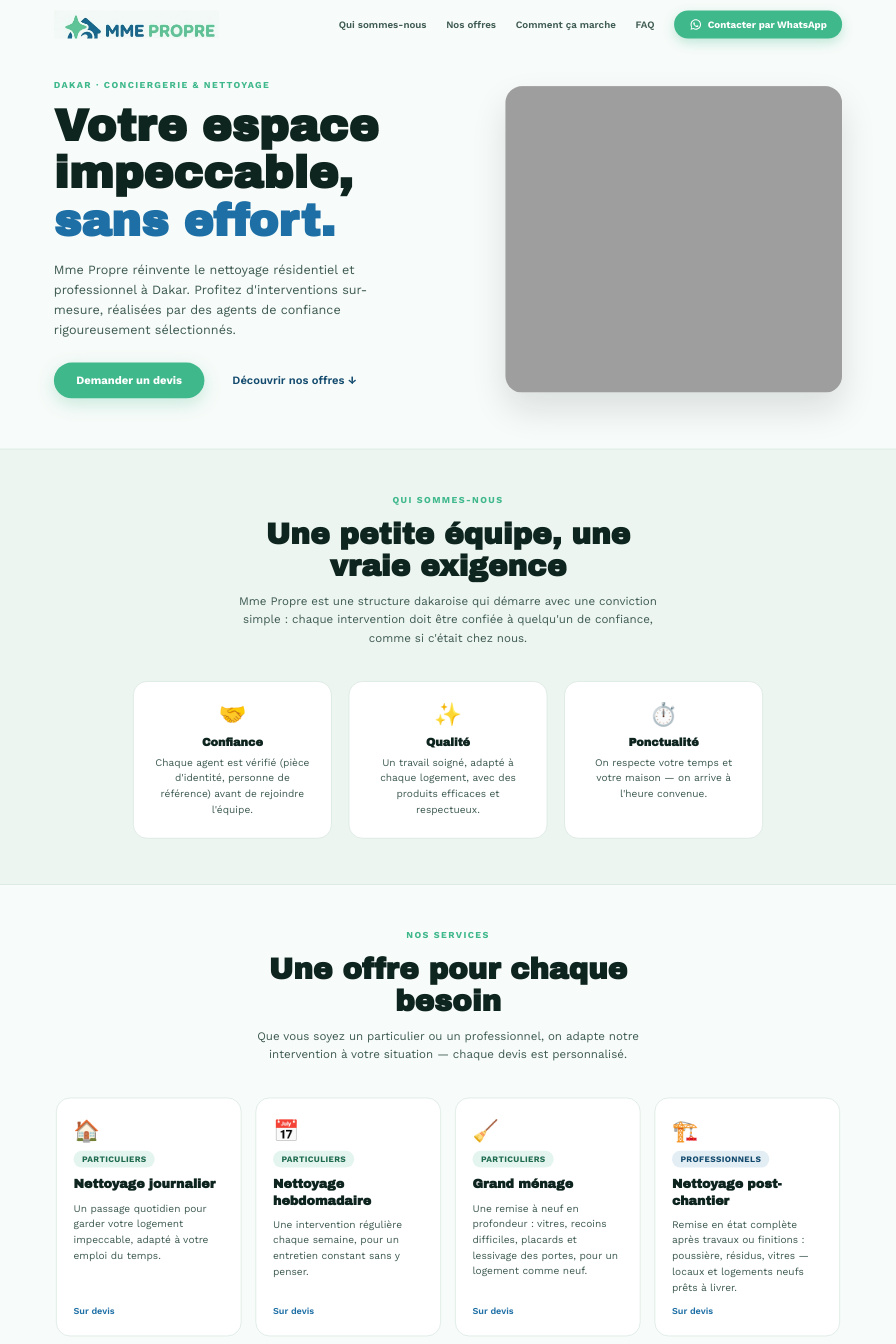
Repository: AntaaaKD/Mme-Propre
Page: index.html
The author's editor kept a copy of each file at every save. The page is drawn from the files as they stood at one save, then again after the next save.
The browser window is 1280 px wide. The pictures show the part of the page from y = 0 to 1920 px (the page is 4385 px tall), at 70% of full size.
Pictures or frames that could not be fetched are drawn as grey boxes.

Above is the page before, as saved 2026-07-29 00:35:25.

After the next save:
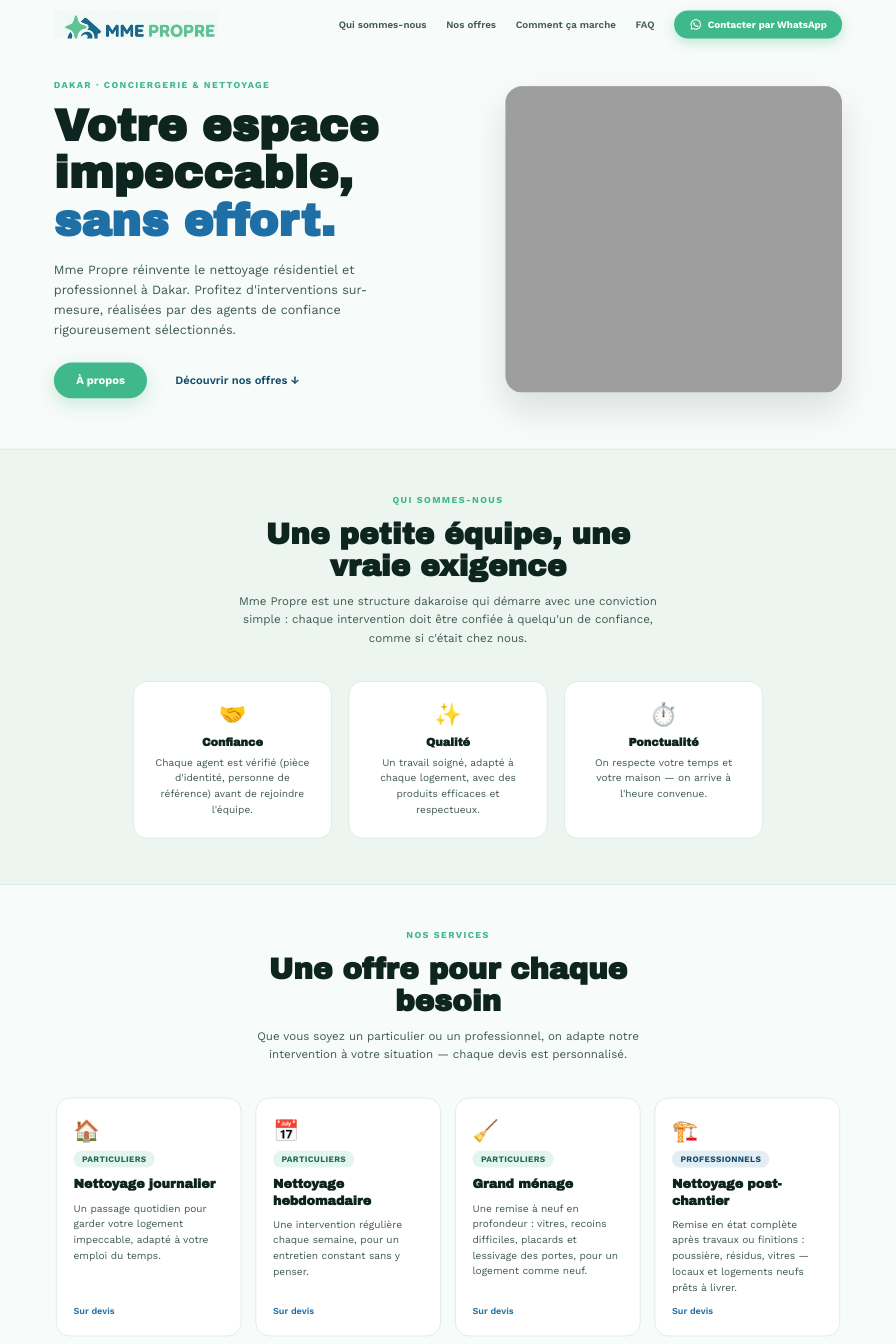
Saved 3 min 28 s later.
--- a/index.html
+++ b/index.html
@@ -223,7 +223,7 @@
       <h1>Votre espace impeccable, <span class="accent">sans effort.</span></h1>
       <p class="lead">Mme Propre réinvente le nettoyage résidentiel et professionnel à Dakar. Profitez d'interventions sur-mesure, réalisées par des agents de confiance rigoureusement sélectionnés.</p>
       <div class="hero-ctas">
-        <a href="#devis" class="btn-primary">Demander un devis</a>
+        <a href="#devis" class="btn-primary">À propos</a>
         <a href="#offres" class="btn-secondary">Découvrir nos offres ↓</a>
       </div>
     </div>

After the save that followed:
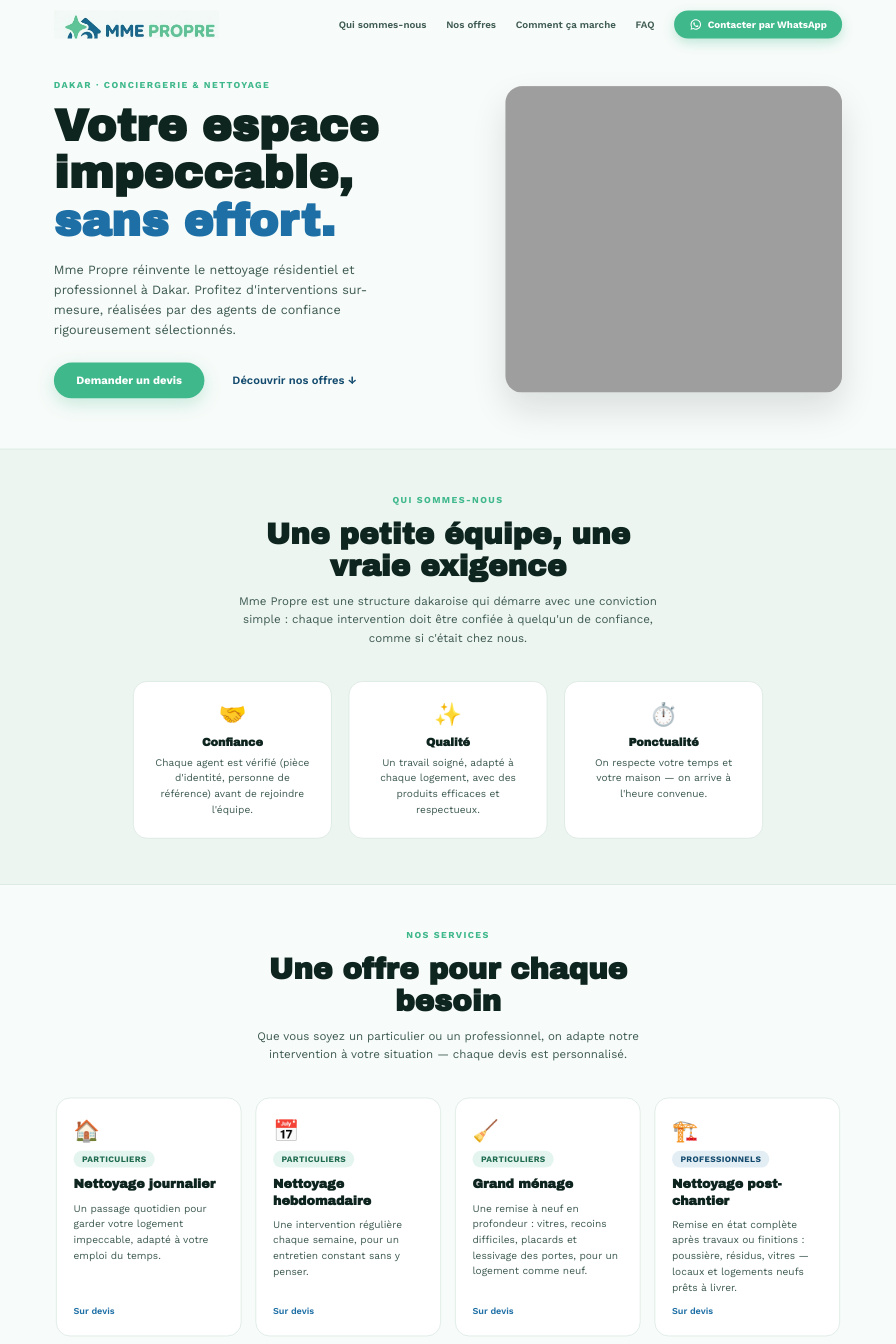
Saved 9 s later.
--- a/index.html
+++ b/index.html
@@ -223,7 +223,7 @@
       <h1>Votre espace impeccable, <span class="accent">sans effort.</span></h1>
       <p class="lead">Mme Propre réinvente le nettoyage résidentiel et professionnel à Dakar. Profitez d'interventions sur-mesure, réalisées par des agents de confiance rigoureusement sélectionnés.</p>
       <div class="hero-ctas">
-        <a href="#devis" class="btn-primary">À propos</a>
+        <a href="#devis" class="btn-primary">Demander un devis</a>
         <a href="#offres" class="btn-secondary">Découvrir nos offres ↓</a>
       </div>
     </div>
